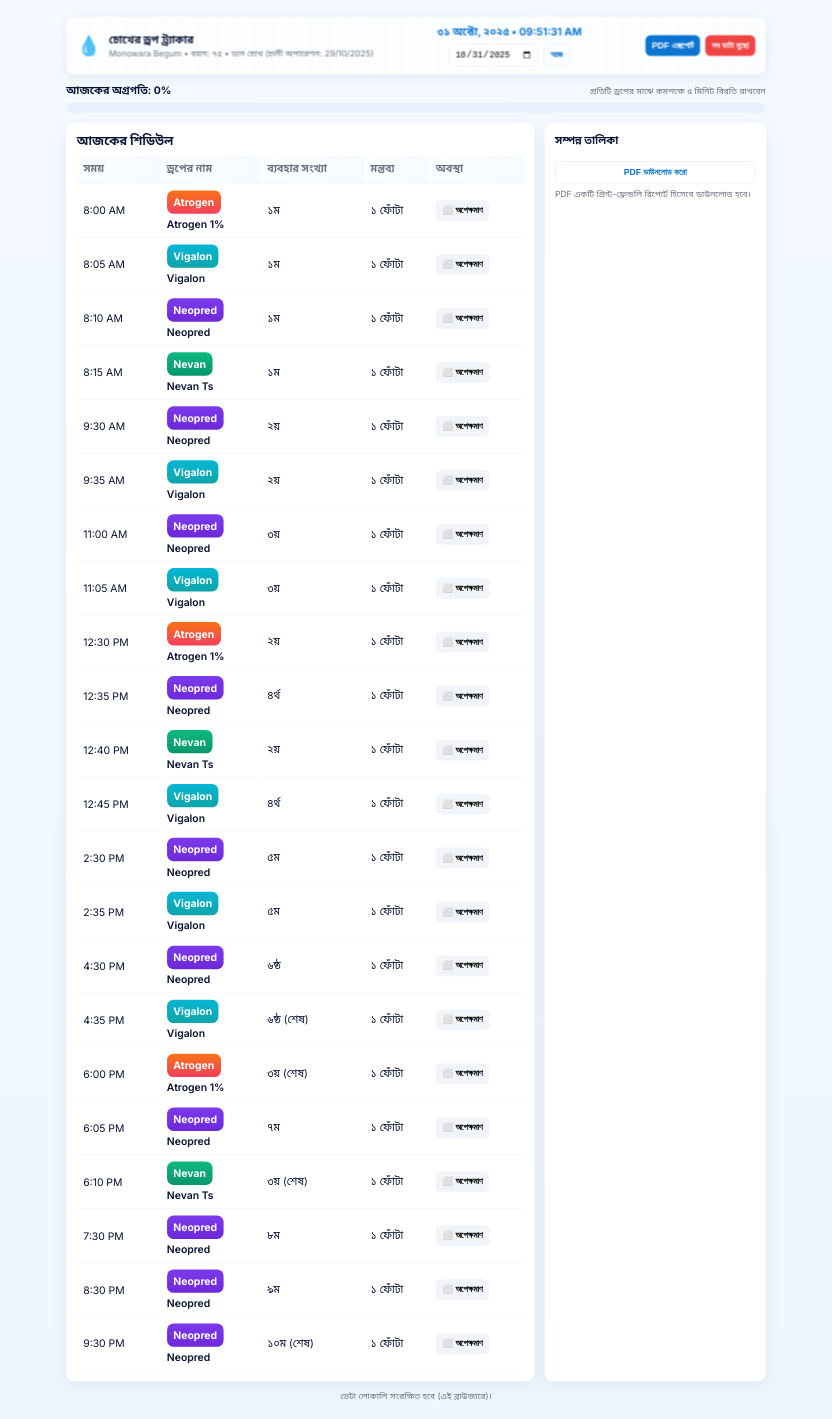
Repository: naimuddin1190/EyeDrop-Tracker
Page: index.html
These files come from the project's save history. The page is drawn as it stood at one moment and after the next save; the edit follows.
The browser window is 1280 px wide. The pictures show the whole page, at 65% of full size.

Above is the page before, as saved 2025-10-31 10:01:39.

### index.html
<!doctype html>
<html lang="bn">
<head>
  <meta charset="utf-8" />
  <meta name="viewport" content="width=device-width,initial-scale=1" />
  <title>চোখের ড্রপ ট্র্যাকার — Monowara Begum</title>

  <!-- Fonts (google) -->
  <link href="https://fonts.googleapis.com/css2?family=Inter:wght@400;600;700&family=Noto+Sans+Bengali:wght@400;600&display=swap" rel="stylesheet">

  <!-- Styles -->
  <link rel="stylesheet" href="styles.css">

  <!-- html2pdf (for PDF export) -->
  <script src="https://unpkg.com/html2pdf.js@0.9.3/dist/html2pdf.bundle.min.js"></script>
</head>
<body>
  <div class="app">
    <!-- Sticky header: time, date picker, export button -->
    <header class="topbar">
      <div class="top-left">
        <div class="brand">
          <div class="logo">💧</div>
          <div>
            <div class="title">চোখের ড্রপ ট্র্যাকার</div>
            <div class="subtitle">Monowara Begum • বয়স: ৭৫ • ডান চোখ (চানী অপারেশন: 29/10/2025)</div>
          </div>
        </div>
      </div>

      <div class="top-center">
        <div class="live-time" id="liveTime">—:—</div>
        <div class="date-controls">
          <input type="date" id="viewDate">
          <button id="todayBtn" class="btn ghost">আজ</button>
        </div>
      </div>

      <div class="top-right">
        <button id="exportPdf" class="btn">PDF এক্সপোর্ট</button>
        <button id="clearAll" class="btn danger">সব ডাটা মুছো</button>
      </div>
    </header>

    <!-- Progress -->
    <section class="progress-wrap">
      <div class="progress-info">
        <div id="progressText">আজকের অগ্রগতি: 0%</div>
        <div class="small-note">প্রতিটি ড্রপের মাঝে কমপক্ষে ৫ মিনিট বিরতি রাখবেন</div>
      </div>
      <div class="progress-bar-bg">
        <div id="progressBar" class="progress-bar-fill"></div>
      </div>
    </section>

    <!-- Main content: table + sidebar -->
    <main class="content">
      <section class="card schedule-card">
        <h3>আজকের শিডিউল</h3>
        <div class="table-wrap">
          <table id="scheduleTable" class="schedule-table">
            <thead>
              <tr>
                <th>সময়</th>
                <th>ড্রপের নাম</th>
                <th>ব্যবহার সংখ্যা</th>
                <th>মন্তব্য</th>
                <th>অবস্থা</th>
              </tr>
            </thead>
            <tbody id="scheduleBody"></tbody>
          </table>
        </div>
      </section>

      <aside class="card side-card">
        <h4>সম্পন্ন তালিকা</h4>
        <ul id="completedList" class="completed-list"></ul>

        <div class="side-actions">
          <button id="exportPdfManual" class="btn ghost">PDF ডাউনলোড করো</button>
          <div class="small-note">PDF একটি প্রিন্ট-ফ্রেন্ডলি রিপোর্ট হিসেবে ডাউনলোড হবে।</div>
        </div>
      </aside>
    </main>

    <!-- Hidden printable area for PDF (populated by JS) -->
    <div id="pdfContainer" class="pdf-container" style="display:none;"></div>

    <footer class="footer">ডেটা লোকালি সংরক্ষিত হবে (এই ব্রাউজারে)।</footer>
  </div>

  <script src="app.js"></script>
</body>
</html>

### styles.css
/* styles.css — professional, eye-catching, mobile-first */
:root{
  --bg:#f6fbff;
  --card:#ffffff;
  --accent:#0b74d1;
  --accent-2:#7c3aed;
  --muted:#6b7280;
  --green:#10b981;
  --danger:#ef4444;
  --glass: rgba(255,255,255,0.6);
}

*{box-sizing:border-box}
body{
  margin:0;
  font-family: "Inter", "Noto Sans Bengali", system-ui, -apple-system, "Segoe UI", Roboto, Arial;
  background: linear-gradient(180deg, #f3f9ff 0%, #eef6ff 100%);
  color: #071233;
  -webkit-font-smoothing:antialiased;
  -moz-osx-font-smoothing:grayscale;
}

/* App container */
.app{max-width:1100px;margin:14px auto;padding:12px;}

/* Topbar */
.topbar{
  position:sticky; top:10px; z-index:30;
  display:flex; align-items:center; justify-content:space-between;
  gap:12px; padding:12px 16px; border-radius:12px;
  background: linear-gradient(90deg, rgba(255,255,255,0.85), rgba(255,255,255,0.7));
  box-shadow: 0 6px 22px rgba(9,30,66,0.08);
  backdrop-filter: blur(6px);
}

.brand{display:flex;gap:12px;align-items:center}
.logo{font-size:30px}
.title{font-weight:700;font-size:16px}
.subtitle{font-size:13px;color:var(--muted)}

.top-center{display:flex;flex-direction:column;align-items:center;gap:6px}
.live-time{font-weight:700;font-size:16px;color:var(--accent)}
.date-controls{display:flex;gap:8px;align-items:center}
.date-controls input[type="date"]{padding:8px;border-radius:8px;border:1px solid #e6eef7}
.btn{background:var(--accent);color:#fff;padding:8px 10px;border-radius:8px;border:0;cursor:pointer;font-weight:600}
.btn.ghost{background:transparent;color:var(--accent);border:1px solid rgba(11,116,209,0.12)}
.btn.danger{background:var(--danger)}
.top-right{display:flex;gap:8px;align-items:center}

/* Progress */
.progress-wrap{margin-top:14px;display:flex;flex-direction:column;gap:8px}
.progress-info{display:flex;justify-content:space-between;align-items:center;gap:12px}
.progress-info #progressText{font-weight:700}
.small-note{color:var(--muted);font-size:13px}
.progress-bar-bg{height:14px;background:#e6f0ff;border-radius:12px;overflow:hidden}
.progress-bar-fill{height:100%;width:0%;background:linear-gradient(90deg,var(--accent),var(--accent-2));transition:width 400ms cubic-bezier(.2,.9,.3,1)}

/* Content layout */
.content{display:grid;grid-template-columns:1fr 340px;gap:16px;margin-top:16px}
.card{background:var(--card);padding:16px;border-radius:12px;box-shadow:0 8px 28px rgba(13,27,65,0.06)}
.schedule-card h3{margin:0 0 8px 0}
.side-card h4{margin:0 0 8px 0}

/* Table styles */
.table-wrap{overflow:auto}
.schedule-table{width:100%;border-collapse:collapse;min-width:560px}
.schedule-table thead th{
  text-align:left;padding:10px;border-bottom:1px solid #eef4ff;color:var(--muted);font-weight:700;background:linear-gradient(90deg,#fbfdff,#f6fbff)
}
.schedule-table tbody td{padding:10px;border-bottom:1px solid #f1f7ff;vertical-align:middle}

/* medicine color badges - left column style */
.med-badge{
  display:inline-flex;align-items:center;gap:10px;padding:8px 10px;border-radius:10px;color:#fff;font-weight:700;
}
.med-atrogen{background: linear-gradient(180deg,#f97316,#f43f5e)} /* orange-red */
.med-vigalon{background: linear-gradient(180deg,#06b6d4,#0ea5a9)} /* teal */
.med-neopred{background: linear-gradient(180deg,#7c3aed,#6d28d9)} /* purple */
.med-nevan{background: linear-gradient(180deg,#10b981,#059669)} /* green */

/* mark button */
.mark-btn{padding:8px 10px;border-radius:8px;border:0;cursor:pointer;font-weight:700;background:#f1f5f9}
.mark-btn.done{background:linear-gradient(90deg,#10b981,#34d399);color:white}

/* completed list */
.completed-list{list-style:none;padding:0;margin:8px 0;max-height:300px;overflow:auto}
.completed-list li{background:#f3f9ff;padding:8px;border-radius:8px;margin-bottom:8px;color:#073257;font-weight:600}

/* side actions */
.side-actions{margin-top:12px;display:flex;flex-direction:column;gap:8px}

/* footer */
.footer{text-align:center;color:var(--muted);margin-top:14px;font-size:13px}

/* responsive */
@media (max-width:920px){
  .content{grid-template-columns:1fr; }
  .topbar{flex-direction:column;align-items:stretch;gap:10px}
  .top-center{flex-direction:row;justify-content:space-between}
}

Loaded but not shown: app.js (272 lines, source omitted)

After the next save:
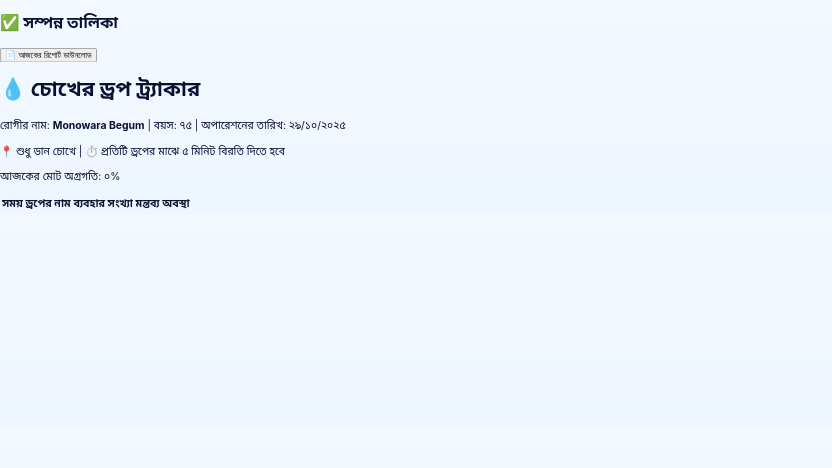
Console error: TypeError: Cannot set properties of null (setting 'value')
Saved 2 min 29 s later.
--- a/index.html
+++ b/index.html
@@ -1,93 +1,44 @@
-<!doctype html>
+<!DOCTYPE html>
 <html lang="bn">
 <head>
-  <meta charset="utf-8" />
-  <meta name="viewport" content="width=device-width,initial-scale=1" />
-  <title>চোখের ড্রপ ট্র্যাকার — Monowara Begum</title>
-
-  <!-- Fonts (google) -->
-  <link href="https://fonts.googleapis.com/css2?family=Inter:wght@400;600;700&family=Noto+Sans+Bengali:wght@400;600&display=swap" rel="stylesheet">
-
-  <!-- Styles -->
+  <meta charset="UTF-8">
+  <meta name="viewport" content="width=device-width, initial-scale=1.0">
+  <title>চোখের ড্রপ ট্র্যাকার - Monowara Begum</title>
   <link rel="stylesheet" href="styles.css">
-
-  <!-- html2pdf (for PDF export) -->
-  <script src="https://unpkg.com/html2pdf.js@0.9.3/dist/html2pdf.bundle.min.js"></script>
 </head>
 <body>
-  <div class="app">
-    <!-- Sticky header: time, date picker, export button -->
-    <header class="topbar">
-      <div class="top-left">
-        <div class="brand">
-          <div class="logo">💧</div>
-          <div>
-            <div class="title">চোখের ড্রপ ট্র্যাকার</div>
-            <div class="subtitle">Monowara Begum • বয়স: ৭৫ • ডান চোখ (চানী অপারেশন: 29/10/2025)</div>
-          </div>
+  <div class="sidebar" id="sidebar">
+    <h2>✅ সম্পন্ন তালিকা</h2>
+    <ul id="completedList"></ul>
+    <button id="downloadPdf">📄 আজকের রিপোর্ট ডাউনলোড</button>
+  </div>
+
+  <div class="main">
+    <header>
+      <h1>💧 চোখের ড্রপ ট্র্যাকার</h1>
+      <p>রোগীর নাম: <strong>Monowara Begum</strong> | বয়স: ৭৫ | অপারেশনের তারিখ: ২৯/১০/২০২৫</p>
+      <p>📍 শুধু ডান চোখে | ⏱️ প্রতিটি ড্রপের মাঝে ৫ মিনিট বিরতি দিতে হবে</p>
+      <div id="datetime"></div>
+
+      <div class="overall-progress">
+        <div class="progress-container">
+          <div id="progressBar" class="progress-bar"></div>
         </div>
+        <p id="progressText">আজকের মোট অগ্রগতি: ০%</p>
       </div>
 
-      <div class="top-center">
-        <div class="live-time" id="liveTime">—:—</div>
-        <div class="date-controls">
-          <input type="date" id="viewDate">
-          <button id="todayBtn" class="btn ghost">আজ</button>
-        </div>
-      </div>
-
-      <div class="top-right">
-        <button id="exportPdf" class="btn">PDF এক্সপোর্ট</button>
-        <button id="clearAll" class="btn danger">সব ডাটা মুছো</button>
-      </div>
+      <div id="individualProgress"></div>
     </header>
 
-    <!-- Progress -->
-    <section class="progress-wrap">
-      <div class="progress-info">
-        <div id="progressText">আজকের অগ্রগতি: 0%</div>
-        <div class="small-note">প্রতিটি ড্রপের মাঝে কমপক্ষে ৫ মিনিট বিরতি রাখবেন</div>
-      </div>
-      <div class="progress-bar-bg">
-        <div id="progressBar" class="progress-bar-fill"></div>
-      </div>
-    </section>
-
-    <!-- Main content: table + sidebar -->
-    <main class="content">
-      <section class="card schedule-card">
-        <h3>আজকের শিডিউল</h3>
-        <div class="table-wrap">
-          <table id="scheduleTable" class="schedule-table">
-            <thead>
-              <tr>
-                <th>সময়</th>
-                <th>ড্রপের নাম</th>
-                <th>ব্যবহার সংখ্যা</th>
-                <th>মন্তব্য</th>
-                <th>অবস্থা</th>
-              </tr>
-            </thead>
-            <tbody id="scheduleBody"></tbody>
-          </table>
-        </div>
-      </section>
-
-      <aside class="card side-card">
-        <h4>সম্পন্ন তালিকা</h4>
-        <ul id="completedList" class="completed-list"></ul>
-
-        <div class="side-actions">
-          <button id="exportPdfManual" class="btn ghost">PDF ডাউনলোড করো</button>
-          <div class="small-note">PDF একটি প্রিন্ট-ফ্রেন্ডলি রিপোর্ট হিসেবে ডাউনলোড হবে।</div>
-        </div>
-      </aside>
-    </main>
-
-    <!-- Hidden printable area for PDF (populated by JS) -->
-    <div id="pdfContainer" class="pdf-container" style="display:none;"></div>
-
-    <footer class="footer">ডেটা লোকালি সংরক্ষিত হবে (এই ব্রাউজারে)।</footer>
+    <table id="schedule">
+      <tr>
+        <th>সময়</th>
+        <th>ড্রপের নাম</th>
+        <th>ব্যবহার সংখ্যা</th>
+        <th>মন্তব্য</th>
+        <th>অবস্থা</th>
+      </tr>
+    </table>
   </div>
 
   <script src="app.js"></script>

After the save that followed:
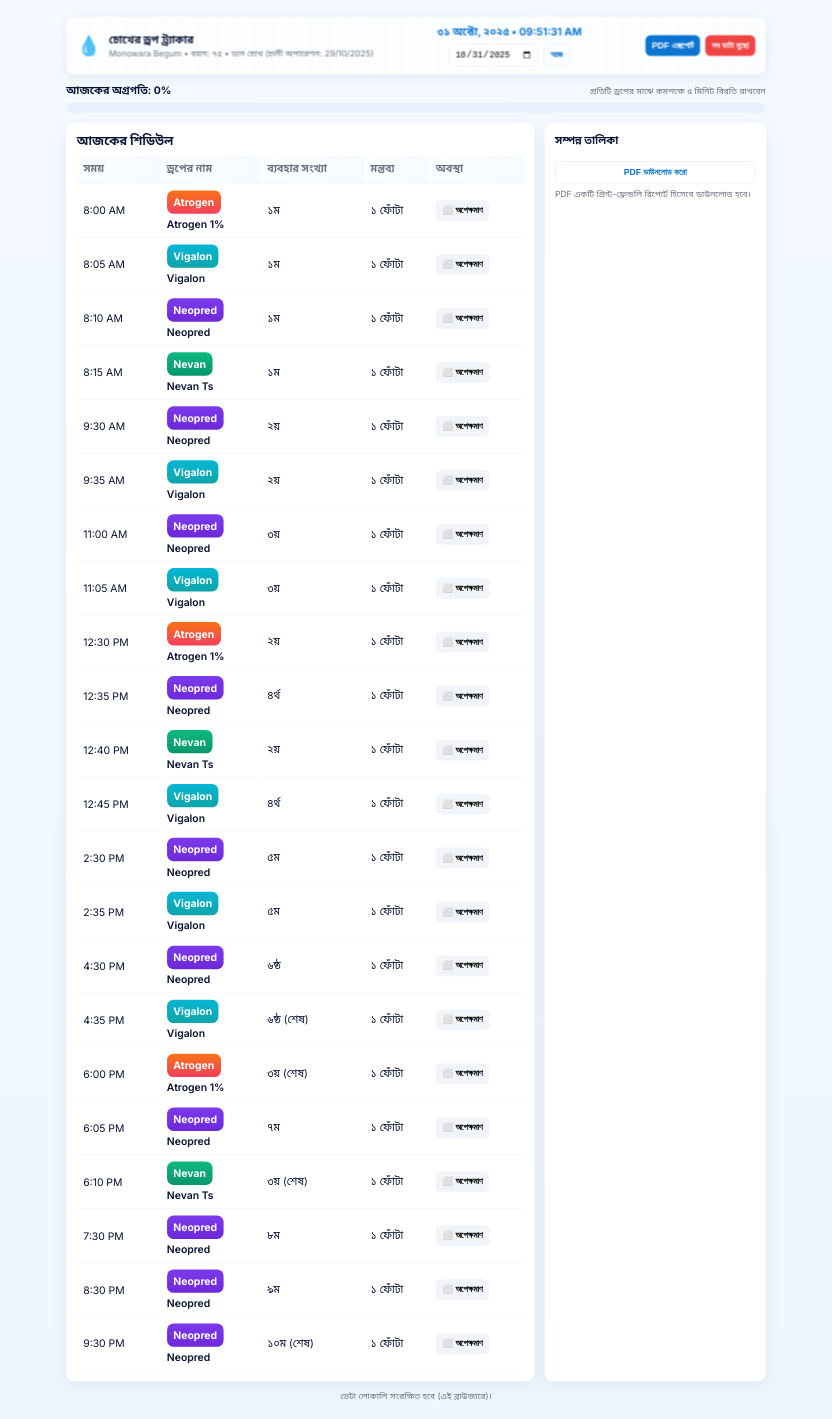
The error is gone.
Saved 7 s later.
--- a/index.html
+++ b/index.html
@@ -1,44 +1,93 @@
-<!DOCTYPE html>
+<!doctype html>
 <html lang="bn">
 <head>
-  <meta charset="UTF-8">
-  <meta name="viewport" content="width=device-width, initial-scale=1.0">
-  <title>চোখের ড্রপ ট্র্যাকার - Monowara Begum</title>
+  <meta charset="utf-8" />
+  <meta name="viewport" content="width=device-width,initial-scale=1" />
+  <title>চোখের ড্রপ ট্র্যাকার — Monowara Begum</title>
+
+  <!-- Fonts (google) -->
+  <link href="https://fonts.googleapis.com/css2?family=Inter:wght@400;600;700&family=Noto+Sans+Bengali:wght@400;600&display=swap" rel="stylesheet">
+
+  <!-- Styles -->
   <link rel="stylesheet" href="styles.css">
+
+  <!-- html2pdf (for PDF export) -->
+  <script src="https://unpkg.com/html2pdf.js@0.9.3/dist/html2pdf.bundle.min.js"></script>
 </head>
 <body>
-  <div class="sidebar" id="sidebar">
-    <h2>✅ সম্পন্ন তালিকা</h2>
-    <ul id="completedList"></ul>
-    <button id="downloadPdf">📄 আজকের রিপোর্ট ডাউনলোড</button>
-  </div>
-
-  <div class="main">
-    <header>
-      <h1>💧 চোখের ড্রপ ট্র্যাকার</h1>
-      <p>রোগীর নাম: <strong>Monowara Begum</strong> | বয়স: ৭৫ | অপারেশনের তারিখ: ২৯/১০/২০২৫</p>
-      <p>📍 শুধু ডান চোখে | ⏱️ প্রতিটি ড্রপের মাঝে ৫ মিনিট বিরতি দিতে হবে</p>
-      <div id="datetime"></div>
-
-      <div class="overall-progress">
-        <div class="progress-container">
-          <div id="progressBar" class="progress-bar"></div>
+  <div class="app">
+    <!-- Sticky header: time, date picker, export button -->
+    <header class="topbar">
+      <div class="top-left">
+        <div class="brand">
+          <div class="logo">💧</div>
+          <div>
+            <div class="title">চোখের ড্রপ ট্র্যাকার</div>
+            <div class="subtitle">Monowara Begum • বয়স: ৭৫ • ডান চোখ (চানী অপারেশন: 29/10/2025)</div>
+          </div>
         </div>
-        <p id="progressText">আজকের মোট অগ্রগতি: ০%</p>
       </div>
 
-      <div id="individualProgress"></div>
+      <div class="top-center">
+        <div class="live-time" id="liveTime">—:—</div>
+        <div class="date-controls">
+          <input type="date" id="viewDate">
+          <button id="todayBtn" class="btn ghost">আজ</button>
+        </div>
+      </div>
+
+      <div class="top-right">
+        <button id="exportPdf" class="btn">PDF এক্সপোর্ট</button>
+        <button id="clearAll" class="btn danger">সব ডাটা মুছো</button>
+      </div>
     </header>
 
-    <table id="schedule">
-      <tr>
-        <th>সময়</th>
-        <th>ড্রপের নাম</th>
-        <th>ব্যবহার সংখ্যা</th>
-        <th>মন্তব্য</th>
-        <th>অবস্থা</th>
-      </tr>
-    </table>
+    <!-- Progress -->
+    <section class="progress-wrap">
+      <div class="progress-info">
+        <div id="progressText">আজকের অগ্রগতি: 0%</div>
+        <div class="small-note">প্রতিটি ড্রপের মাঝে কমপক্ষে ৫ মিনিট বিরতি রাখবেন</div>
+      </div>
+      <div class="progress-bar-bg">
+        <div id="progressBar" class="progress-bar-fill"></div>
+      </div>
+    </section>
+
+    <!-- Main content: table + sidebar -->
+    <main class="content">
+      <section class="card schedule-card">
+        <h3>আজকের শিডিউল</h3>
+        <div class="table-wrap">
+          <table id="scheduleTable" class="schedule-table">
+            <thead>
+              <tr>
+                <th>সময়</th>
+                <th>ড্রপের নাম</th>
+                <th>ব্যবহার সংখ্যা</th>
+                <th>মন্তব্য</th>
+                <th>অবস্থা</th>
+              </tr>
+            </thead>
+            <tbody id="scheduleBody"></tbody>
+          </table>
+        </div>
+      </section>
+
+      <aside class="card side-card">
+        <h4>সম্পন্ন তালিকা</h4>
+        <ul id="completedList" class="completed-list"></ul>
+
+        <div class="side-actions">
+          <button id="exportPdfManual" class="btn ghost">PDF ডাউনলোড করো</button>
+          <div class="small-note">PDF একটি প্রিন্ট-ফ্রেন্ডলি রিপোর্ট হিসেবে ডাউনলোড হবে।</div>
+        </div>
+      </aside>
+    </main>
+
+    <!-- Hidden printable area for PDF (populated by JS) -->
+    <div id="pdfContainer" class="pdf-container" style="display:none;"></div>
+
+    <footer class="footer">ডেটা লোকালি সংরক্ষিত হবে (এই ব্রাউজারে)।</footer>
   </div>
 
   <script src="app.js"></script>
